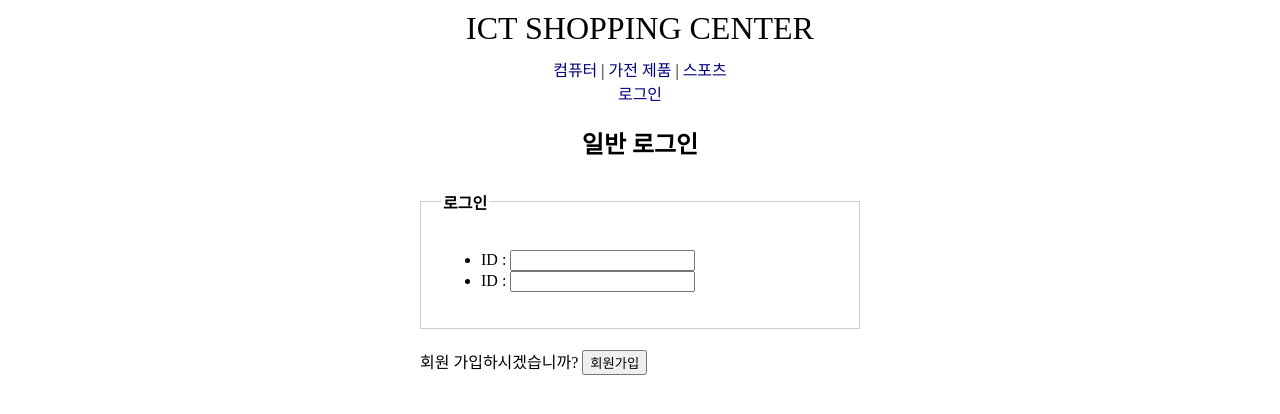
Repository: xlz5000/ICT
Page: http://localhost/spring_mvc02/WEB-INF/views/day09/loginForm.jsp
The author's editor kept a copy of each file at every save. The page is drawn from the files as they stood at one save, then again after the next save.
The browser window is 1280 px wide. The pictures show the whole page.
The page is served by Tomcat 9. Nobody is signed in. The template is opened directly, without the code that normally fills it, so the values that code supplies are empty.

Above is the page before, as saved 2025-04-17 00:49:44.

After the next save:
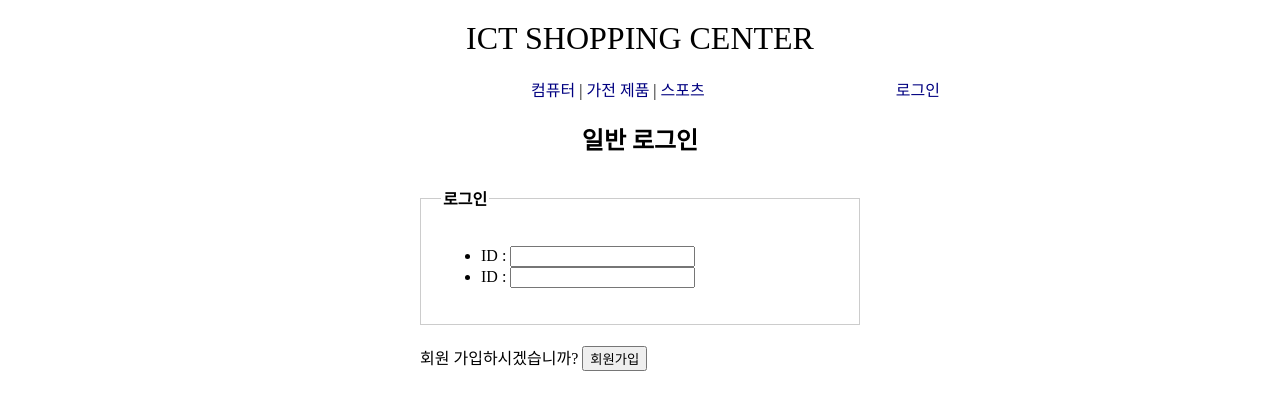
Saved 70 s later.
--- a/spring_mvc02/src/main/webapp/WEB-INF/views/day08/top.jsp
+++ b/spring_mvc02/src/main/webapp/WEB-INF/views/day08/top.jsp
@@ -34,7 +34,7 @@ hr {
 
 div#header, div#nav {
 	width: 600px;
-	margin: 10px auto;
+	margin: 20px auto;
 	text-align: center;
 }
 
@@ -42,6 +42,8 @@ div#wrap {
 	margin: 0 auto;
 }
 
+
+div#log{float: right}
 
 .title{
 	font-size: 32px;
